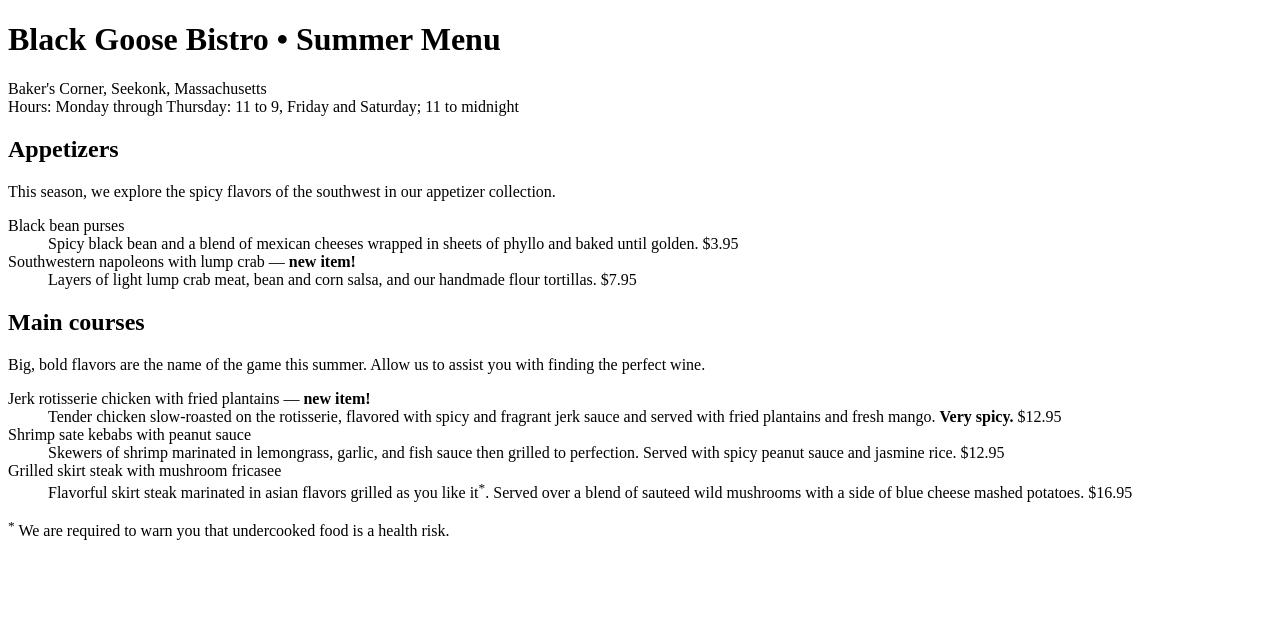
Repository: Lithium87/WebDesign
Page: Bistro/menu.html
These files come from the project's save history. The page is drawn as it stood at one moment and after the next save; the edit follows.
The browser window is 1280 px wide. The pictures show the whole page.
Some web fonts or font styles are not loaded; a fallback is used.

Above is the page before, as saved 2020-04-10 11:39:14.

### Bistro/menu.html
<!DOCTYPE html >
<html>

<head>
<meta charset="utf-8">
<title>Black Goose Bistro Summer Menu</title>

</head>

<body>

<div id="info">
<h1>Black Goose Bistro &bull; Summer Menu</h1>

<p>Baker's Corner, Seekonk, Massachusetts<br>
<span class="label">Hours: Monday through Thursday:</span> 11 to 9, <span class="label">Friday and Saturday;</span> 11 to midnight</p>
</div>

<div id="appetizers">
<h2>Appetizers</h2>
<p>This season, we explore the spicy flavors of the southwest in our appetizer collection.</p>

<dl>
<dt>Black bean purses</dt>
<dd>Spicy black bean and a blend of mexican cheeses wrapped in sheets of phyllo and baked until golden. <span class="price">$3.95</span></dd>

<dt class="newitem">Southwestern napoleons with lump crab &mdash; <strong>new item!</strong></dt>
<dd>Layers of light lump crab meat, bean and corn salsa, and our handmade flour tortillas. <span class="price">$7.95</span></dd>
</dl>
</div>

<div id="entrees">

<h2>Main courses</h2>
<p>Big, bold flavors are the name of the game this summer. Allow us to assist you with finding the perfect wine.</p>


<dl>

<dt class="newitem">Jerk rotisserie chicken with fried plantains &mdash; <strong>new item!</strong></dt>
<dd>Tender chicken slow-roasted on the rotisserie, flavored with spicy and fragrant jerk sauce and served with fried plantains and fresh mango. <strong>Very spicy.</strong> <span class="price">$12.95</span></dd>

<dt>Shrimp sate kebabs with peanut sauce</dt>
<dd>Skewers of shrimp marinated in lemongrass, garlic, and fish sauce then grilled to perfection. Served with spicy peanut sauce and jasmine rice. <span class="price">$12.95</span></dd>

<dt>Grilled skirt steak with mushroom fricasee</dt>
<dd>Flavorful skirt steak marinated in asian flavors grilled as you like it<sup>*</sup>. Served over a blend of sauteed wild mushrooms with a side of blue cheese mashed potatoes. <span class="price">$16.95</span></dd>
</dl>

</div>

<p class="warning"><sup>*</sup> We are required to warn you that undercooked food is a health risk.</p>

</body>
</html>

After the next save:
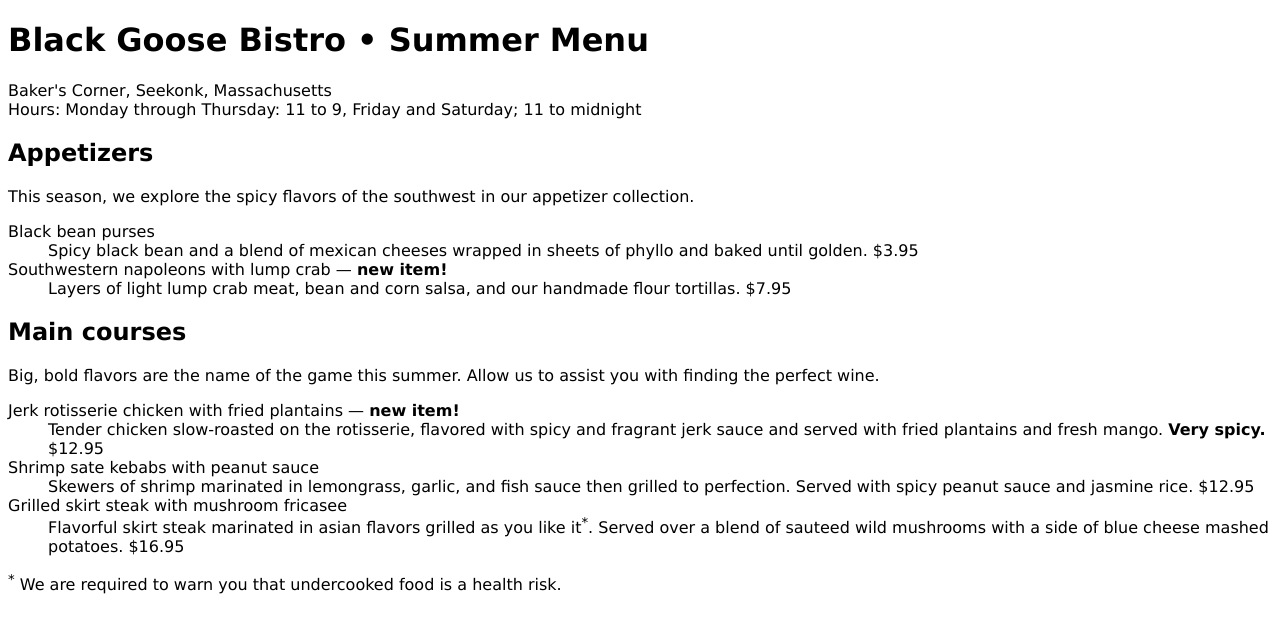
Saved 3 days later.
--- a/Bistro/menu.html
+++ b/Bistro/menu.html
@@ -2,54 +2,60 @@
 <html>
 
 <head>
-<meta charset="utf-8">
-<title>Black Goose Bistro Summer Menu</title>
-
+    <meta charset="utf-8">
+    <title>Black Goose Bistro Summer Menu</title>
+    <link href="http://fonts.googleapis.com/ css?family=Marko+One" rel="stylesheet">
+    <style>
+        body {
+            font-family: Verdana, sans-serif;
+        }
+    </style>
 </head>
 
 <body>
 
-<div id="info">
-<h1>Black Goose Bistro &bull; Summer Menu</h1>
+    <div id="info">
+        <h1>Black Goose Bistro &bull; Summer Menu</h1>
 
-<p>Baker's Corner, Seekonk, Massachusetts<br>
-<span class="label">Hours: Monday through Thursday:</span> 11 to 9, <span class="label">Friday and Saturday;</span> 11 to midnight</p>
-</div>
+        <p>Baker's Corner, Seekonk, Massachusetts<br>
+            <span class="label">Hours: Monday through Thursday:</span> 11 to 9, <span class="label">Friday and Saturday;</span> 11 to midnight</p>
+    </div>
 
-<div id="appetizers">
-<h2>Appetizers</h2>
-<p>This season, we explore the spicy flavors of the southwest in our appetizer collection.</p>
+    <div id="appetizers">
+        <h2>Appetizers</h2>
+        <p>This season, we explore the spicy flavors of the southwest in our appetizer collection.</p>
 
-<dl>
-<dt>Black bean purses</dt>
-<dd>Spicy black bean and a blend of mexican cheeses wrapped in sheets of phyllo and baked until golden. <span class="price">$3.95</span></dd>
+        <dl>
+            <dt>Black bean purses</dt>
+            <dd>Spicy black bean and a blend of mexican cheeses wrapped in sheets of phyllo and baked until golden. <span class="price">$3.95</span></dd>
 
-<dt class="newitem">Southwestern napoleons with lump crab &mdash; <strong>new item!</strong></dt>
-<dd>Layers of light lump crab meat, bean and corn salsa, and our handmade flour tortillas. <span class="price">$7.95</span></dd>
-</dl>
-</div>
+            <dt class="newitem">Southwestern napoleons with lump crab &mdash; <strong>new item!</strong></dt>
+            <dd>Layers of light lump crab meat, bean and corn salsa, and our handmade flour tortillas. <span class="price">$7.95</span></dd>
+        </dl>
+    </div>
 
-<div id="entrees">
+    <div id="entrees">
 
-<h2>Main courses</h2>
-<p>Big, bold flavors are the name of the game this summer. Allow us to assist you with finding the perfect wine.</p>
+        <h2>Main courses</h2>
+        <p>Big, bold flavors are the name of the game this summer. Allow us to assist you with finding the perfect wine.</p>
 
 
-<dl>
+        <dl>
 
-<dt class="newitem">Jerk rotisserie chicken with fried plantains &mdash; <strong>new item!</strong></dt>
-<dd>Tender chicken slow-roasted on the rotisserie, flavored with spicy and fragrant jerk sauce and served with fried plantains and fresh mango. <strong>Very spicy.</strong> <span class="price">$12.95</span></dd>
+            <dt class="newitem">Jerk rotisserie chicken with fried plantains &mdash; <strong>new item!</strong></dt>
+            <dd>Tender chicken slow-roasted on the rotisserie, flavored with spicy and fragrant jerk sauce and served with fried plantains and fresh mango. <strong>Very spicy.</strong> <span class="price">$12.95</span></dd>
 
-<dt>Shrimp sate kebabs with peanut sauce</dt>
-<dd>Skewers of shrimp marinated in lemongrass, garlic, and fish sauce then grilled to perfection. Served with spicy peanut sauce and jasmine rice. <span class="price">$12.95</span></dd>
+            <dt>Shrimp sate kebabs with peanut sauce</dt>
+            <dd>Skewers of shrimp marinated in lemongrass, garlic, and fish sauce then grilled to perfection. Served with spicy peanut sauce and jasmine rice. <span class="price">$12.95</span></dd>
 
-<dt>Grilled skirt steak with mushroom fricasee</dt>
-<dd>Flavorful skirt steak marinated in asian flavors grilled as you like it<sup>*</sup>. Served over a blend of sauteed wild mushrooms with a side of blue cheese mashed potatoes. <span class="price">$16.95</span></dd>
-</dl>
+            <dt>Grilled skirt steak with mushroom fricasee</dt>
+            <dd>Flavorful skirt steak marinated in asian flavors grilled as you like it<sup>*</sup>. Served over a blend of sauteed wild mushrooms with a side of blue cheese mashed potatoes. <span class="price">$16.95</span></dd>
+        </dl>
 
-</div>
+    </div>
 
-<p class="warning"><sup>*</sup> We are required to warn you that undercooked food is a health risk.</p>
+    <p class="warning"><sup>*</sup> We are required to warn you that undercooked food is a health risk.</p>
 
 </body>
+
 </html>
